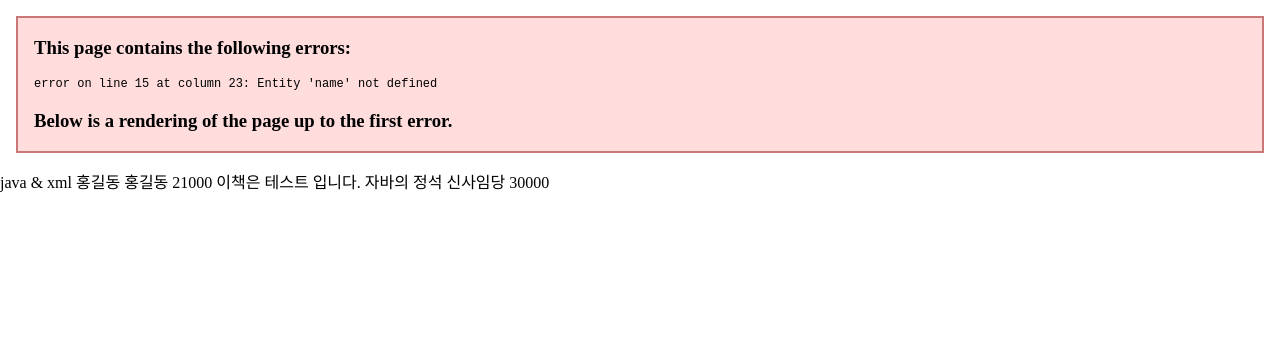
Repository: kimsunoh/springFrameworkStudy
Page: http://localhost/xmlweb/xmltest.jsp
An editor plug-in stored every save of this project. The page is shown before and after the next save, followed by the edit.
The browser window is 1280 px wide. The pictures show the whole page.
The page is served by Tomcat 9.

Above is the page before, as saved 2016-05-20 02:21:59.

### xmlweb/WebContent/xmltest.jsp
<?xml version="1.0" encoding="UTF-8"?>
<%@ page language="java" contentType="text/xml; charset=UTF-8"
    pageEncoding="UTF-8"%>

<!DOCTYPE booklist SYSTEM "outter.dtd">
<booklist>
    <book kind="xml" isbn="b1">
        <title>java &amp; xml</title>
        <writer>홍길동</writer>
        <author>홍길동</author>
        <price>21000</price>
        <description>이책은 테스트 입니다.</description>
    </book>
    <book kind="java" isbn="b2">
        <title>자바의 정석</title>
        <writer>&name;</writer>
        <writer>
            <name>신사임당</name>
        </writer>
        <price>30000</price>
    </book>
</booklist>

After the next save:
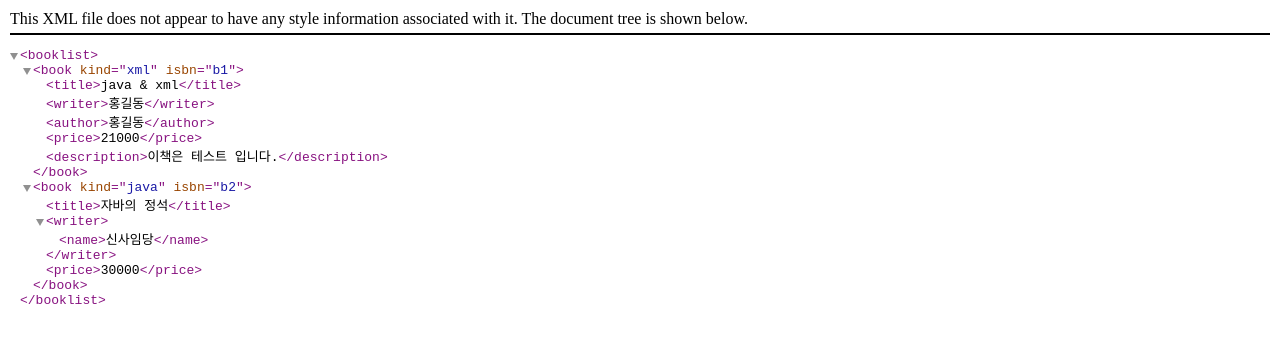
Saved 84 s later.
--- a/xmlweb/WebContent/xmltest.jsp
+++ b/xmlweb/WebContent/xmltest.jsp
@@ -13,7 +13,6 @@
     </book>
     <book kind="java" isbn="b2">
         <title>자바의 정석</title>
-        <writer>&name;</writer>
         <writer>
             <name>신사임당</name>
         </writer>
